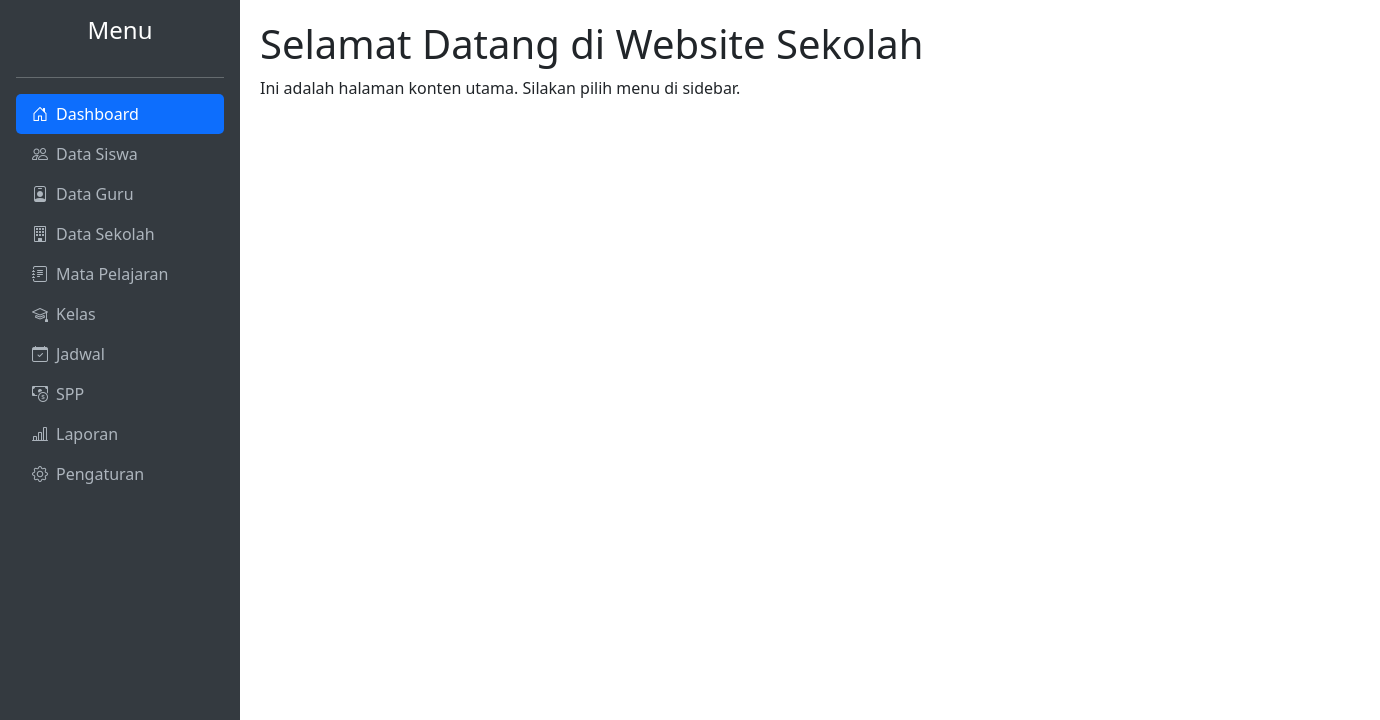
Repository: Jonathan123asd/userManual
Page: index.html
These files come from the project's save history. The page is drawn as it stood at one moment and after the next save; the edit follows.
The browser window is 1280 px wide. The page is 1280 px wide, then 1380 px, so the pictures cover 1380 px, including what lies to the right of the window. The pictures show the whole page.

Above is the page before, as saved 2025-08-20 15:45:19.

After the next save:
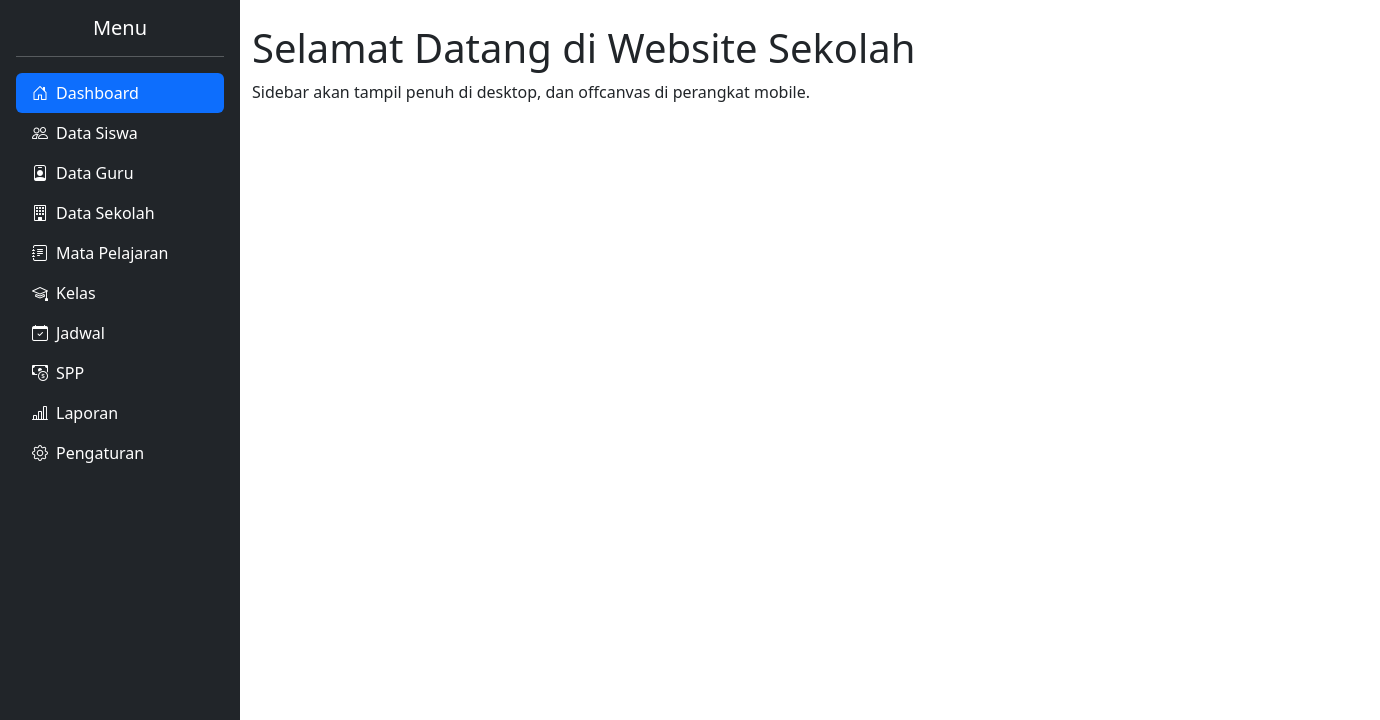
Saved 4 min 40 s later.
--- a/index.html
+++ b/index.html
@@ -8,60 +8,82 @@
   <link rel="stylesheet" href="https://cdn.jsdelivr.net/npm/bootstrap@5.3.7/dist/css/bootstrap.min.css" />
   <link rel="stylesheet" href="https://cdn.jsdelivr.net/npm/bootstrap-icons@1.13.1/font/bootstrap-icons.css" />
   <style>
-    body {
-      margin: 0;
-      padding: 0;
-      height: 100vh;
-      display: flex;
-    }
-    .sidebar {
+    /* Sidebar tetap di desktop */
+    .sidebar-desktop {
       width: 240px;
       height: 100vh;
       position: fixed;
+      top: 0;
       left: 0;
-      top: 0;
       background-color: #343a40;
-      color: white;
+      padding: 1rem;
     }
     .content {
-      margin-left: 240px;
-      padding: 20px;
-      flex: 1;
+      margin-left: 0;
     }
-    .nav-link {
-      color: #adb5bd;
-    }
-    .nav-link:hover, .nav-link.active {
-      background-color: #495057;
-      color: #fff;
-      border-radius: 5px;
+    @media (min-width: 992px) {
+      .content {
+        margin-left: 240px;
+      }
     }
   </style>
 </head>
 <body>
 
-  <!-- Sidebar -->
-  <div class="sidebar d-flex flex-column p-3">
-    <h4 class="text-center text-white mb-3">Menu</h4>
+  <!-- Navbar (Mobile only) -->
+  <nav class="navbar navbar-dark bg-dark d-lg-none">
+    <div class="container-fluid">
+      <button class="btn btn-outline-light me-2" type="button" data-bs-toggle="offcanvas" data-bs-target="#sidebarMobile" aria-controls="sidebarMobile">
+        <i class="bi bi-list"></i>
+      </button>
+      <a class="navbar-brand" href="#">Website Sekolah</a>
+    </div>
+  </nav>
+
+  <!-- Sidebar Desktop -->
+  <div class="sidebar-desktop text-bg-dark d-none d-lg-block">
+    <h5 class="text-white text-center">Menu</h5>
     <hr class="border-light">
     <ul class="nav nav-pills flex-column mb-auto">
-      <li><a href="#" class="nav-link active"><i class="bi bi-house-door me-2"></i>Dashboard</a></li>
-      <li><a href="#" class="nav-link"><i class="bi bi-people me-2"></i>Data Siswa</a></li>
-      <li><a href="#" class="nav-link"><i class="bi bi-person-badge me-2"></i>Data Guru</a></li>
-      <li><a href="#" class="nav-link"><i class="bi bi-building me-2"></i>Data Sekolah</a></li>
-      <li><a href="#" class="nav-link"><i class="bi bi-journal-text me-2"></i>Mata Pelajaran</a></li>
-      <li><a href="#" class="nav-link"><i class="bi bi-mortarboard me-2"></i>Kelas</a></li>
-      <li><a href="#" class="nav-link"><i class="bi bi-calendar-check me-2"></i>Jadwal</a></li>
-      <li><a href="#" class="nav-link"><i class="bi bi-cash-coin me-2"></i>SPP</a></li>
-      <li><a href="#" class="nav-link"><i class="bi bi-bar-chart-line me-2"></i>Laporan</a></li>
-      <li><a href="#" class="nav-link"><i class="bi bi-gear me-2"></i>Pengaturan</a></li>
+      <li><a href="#" class="nav-link active text-white"><i class="bi bi-house-door me-2"></i>Dashboard</a></li>
+      <li><a href="#" class="nav-link text-white"><i class="bi bi-people me-2"></i>Data Siswa</a></li>
+      <li><a href="#" class="nav-link text-white"><i class="bi bi-person-badge me-2"></i>Data Guru</a></li>
+      <li><a href="#" class="nav-link text-white"><i class="bi bi-building me-2"></i>Data Sekolah</a></li>
+      <li><a href="#" class="nav-link text-white"><i class="bi bi-journal-text me-2"></i>Mata Pelajaran</a></li>
+      <li><a href="#" class="nav-link text-white"><i class="bi bi-mortarboard me-2"></i>Kelas</a></li>
+      <li><a href="#" class="nav-link text-white"><i class="bi bi-calendar-check me-2"></i>Jadwal</a></li>
+      <li><a href="#" class="nav-link text-white"><i class="bi bi-cash-coin me-2"></i>SPP</a></li>
+      <li><a href="#" class="nav-link text-white"><i class="bi bi-bar-chart-line me-2"></i>Laporan</a></li>
+      <li><a href="#" class="nav-link text-white"><i class="bi bi-gear me-2"></i>Pengaturan</a></li>
     </ul>
   </div>
 
+  <!-- Sidebar Mobile (Offcanvas) -->
+  <div class="offcanvas offcanvas-start text-bg-dark d-lg-none" tabindex="-1" id="sidebarMobile" aria-labelledby="sidebarMobileLabel">
+    <div class="offcanvas-header">
+      <h5 class="offcanvas-title" id="sidebarMobileLabel">Menu</h5>
+      <button type="button" class="btn-close btn-close-white" data-bs-dismiss="offcanvas" aria-label="Close"></button>
+    </div>
+    <div class="offcanvas-body">
+      <ul class="nav nav-pills flex-column mb-auto">
+        <li><a href="#" class="nav-link active text-white"><i class="bi bi-house-door me-2"></i>Dashboard</a></li>
+        <li><a href="#" class="nav-link text-white"><i class="bi bi-people me-2"></i>Data Siswa</a></li>
+        <li><a href="#" class="nav-link text-white"><i class="bi bi-person-badge me-2"></i>Data Guru</a></li>
+        <li><a href="#" class="nav-link text-white"><i class="bi bi-building me-2"></i>Data Sekolah</a></li>
+        <li><a href="#" class="nav-link text-white"><i class="bi bi-journal-text me-2"></i>Mata Pelajaran</a></li>
+        <li><a href="#" class="nav-link text-white"><i class="bi bi-mortarboard me-2"></i>Kelas</a></li>
+        <li><a href="#" class="nav-link text-white"><i class="bi bi-calendar-check me-2"></i>Jadwal</a></li>
+        <li><a href="#" class="nav-link text-white"><i class="bi bi-cash-coin me-2"></i>SPP</a></li>
+        <li><a href="#" class="nav-link text-white"><i class="bi bi-bar-chart-line me-2"></i>Laporan</a></li>
+        <li><a href="#" class="nav-link text-white"><i class="bi bi-gear me-2"></i>Pengaturan</a></li>
+      </ul>
+    </div>
+  </div>
+
   <!-- Content -->
-  <div class="content">
+  <div class="content container mt-4">
     <h1>Selamat Datang di Website Sekolah</h1>
-    <p>Ini adalah halaman konten utama. Silakan pilih menu di sidebar.</p>
+    <p>Sidebar akan tampil penuh di desktop, dan offcanvas di perangkat mobile.</p>
   </div>
 
   <!-- Bootstrap JS -->
